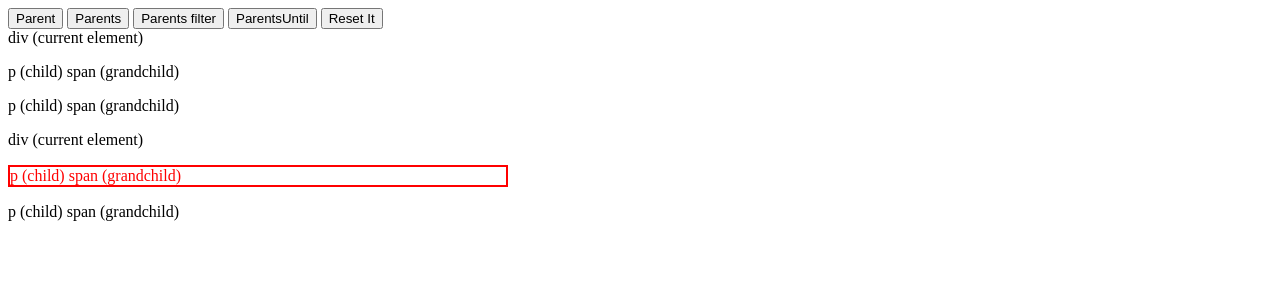
Repository: sudheerj/jQuery
Page: jQueryExamples/chapter03/AdjacentSiblingSelector.html
An editor plug-in stored every save of this project. The page is shown before and after the next save, followed by the edit.
The browser window is 1280 px wide. The pictures show the whole page.
After loading, the first visible `#button1` was clicked once.

Above is the page before, as saved 2016-10-21 03:04:56.

### jQueryExamples/chapter03/AdjacentSiblingSelector.html
<!DOCTYPE html>
<head>
	<title>jQuery Descendants</title>
	<script type="text/javascript" src="..\jquery\jquery-3.1.1.min.js"></script>

	<script>
		$(document).ready(function() {
			$("#button1").click(function() {
				$("div").children("p.first").css({"color": "red", "border": "2px solid red"});
			});
			$("#button2").click(function() {
				$("div").children("p.first").css({"color": "red", "border": "2px solid red"});
			});
			$("#button3").click(function() {
				$("span").parents("ul").css({
					"color" : "red",
					"border" : "2px solid red"
				});
			});
			$("#button4").click(function() {
				$("span").parentsUntil("div").css({
					"color" : "red",
					"border" : "2px solid red"
				});
			});
			$("#reset").click(function() {
				location.reload();
			});

		});
	</script>
	<style>
		.descendants * {
			display: block;
			border: 2px solid lightgrey;
			color: lightgrey;
			padding: 5px;
			margin: 15px;
		}
	</style>
</head>
<body>
	<button id="button1">
		Parent
	</button>
	<button id="button2">
		Parents
	</button>
	<button id="button3">
		Parents filter
	</button>
	<button id="button4">
		ParentsUntil
	</button>
	<button id="reset">
		Reset It
	</button>

	<div class="descendants1" style="width:500px;">
		div (current element)
		<p>
			p (child) <span>span (grandchild)</span>
		</p>
		<p>
			p (child) <span>span (grandchild)</span>
		</p>
	</div>

	<div class="descendants2" style="width:500px;">
		div (current element)
		<p class="first">
			p (child) <span>span (grandchild)</span>
		</p>
		<p class="second">
			p (child) <span>span (grandchild)</span>
		</p>
	</div>

</body>
</html>

Loaded but not shown: jQueryExamples/jquery/jquery-3.1.1.min.js (library)

After the next save:
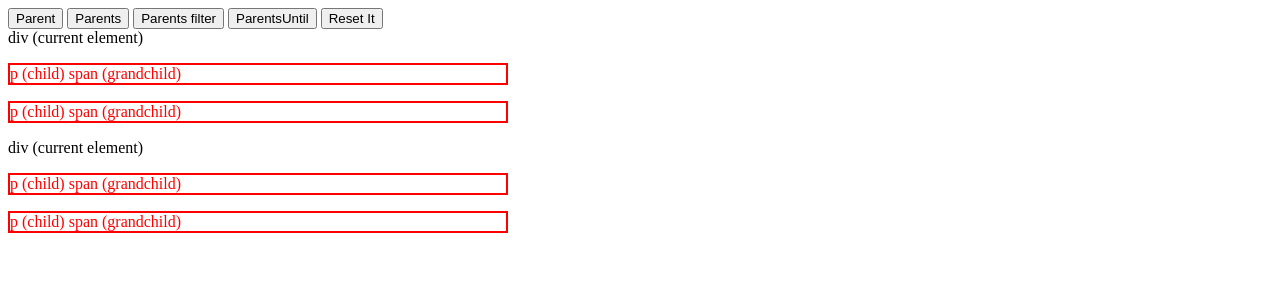
Saved 18 s later.
--- a/jQueryExamples/chapter03/AdjacentSiblingSelector.html
+++ b/jQueryExamples/chapter03/AdjacentSiblingSelector.html
@@ -6,7 +6,7 @@
 	<script>
 		$(document).ready(function() {
 			$("#button1").click(function() {
-				$("div").children("p.first").css({"color": "red", "border": "2px solid red"});
+				 $("div").children().css({"color": "red", "border": "2px solid red"});
 			});
 			$("#button2").click(function() {
 				$("div").children("p.first").css({"color": "red", "border": "2px solid red"});
